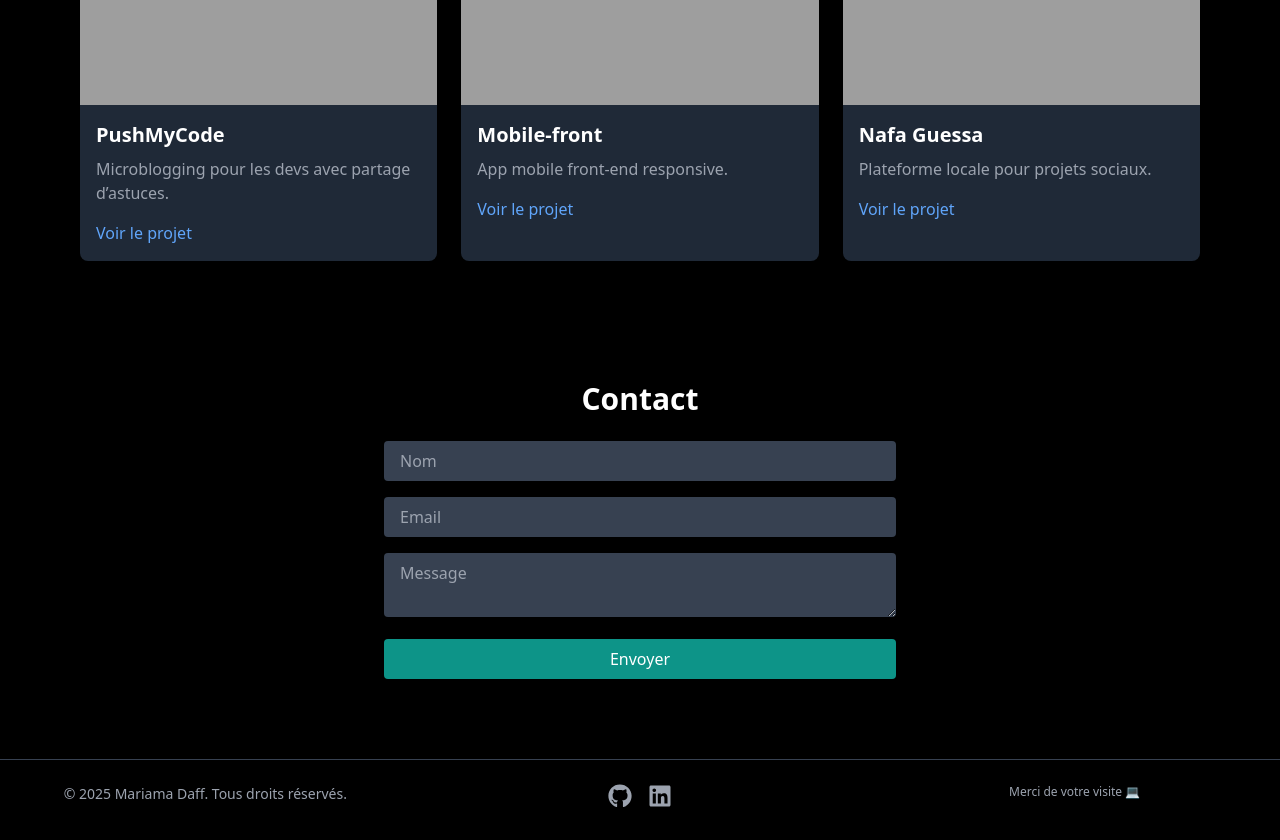
Repository: mariamdaff/Projets_Perso
Page: / (app in mon_portfolio/)
An editor plug-in stored every save of this project. The page is shown before and after the next save, followed by the edit.
The browser window is 1280 px wide. The pictures show the part of the page from y = 1735 to 2687 px (the page is 2575 px tall before and 2687 px after).
Pictures or frames that could not be fetched are drawn as grey boxes. The project was rebuilt for these pictures with package versions that can differ from the ones it lists, and the page was loaded fresh each time. Also part of the build but not shown: mon_portfolio/vite.config.js.

Above is the page before, as saved 2025-04-23 14:40:59.

After the next save:
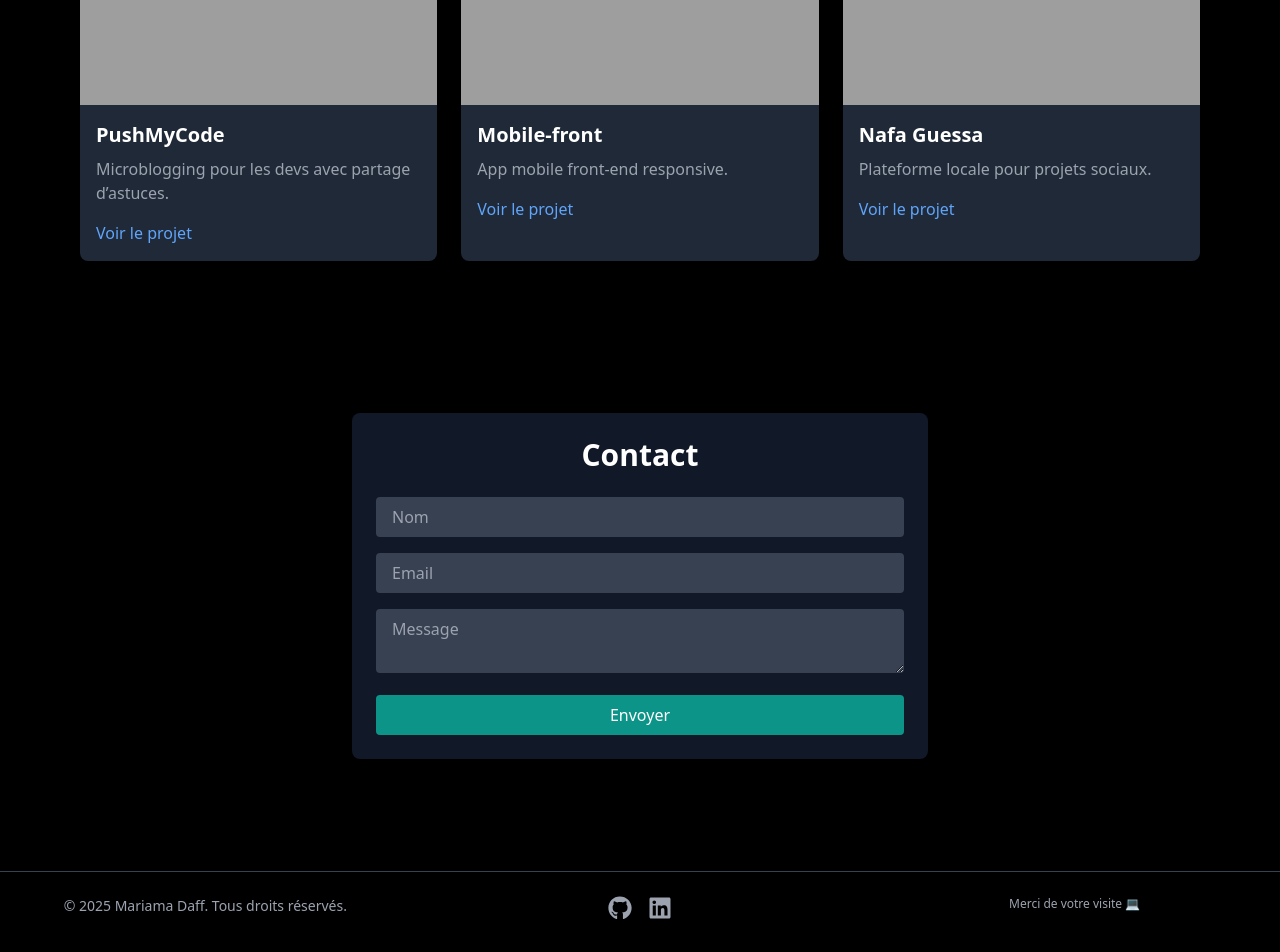
Saved 4 min 24 s later.
--- a/mon_portfolio/src/components/contact/Contact.jsx
+++ b/mon_portfolio/src/components/contact/Contact.jsx
@@ -26,30 +26,31 @@
   };
 
   return (
-    <section className="py-2 text-center bg-black text-white px-0">
-      <h2 className="text-3xl font-semibold mb-6">Contact</h2>
+    <section className="py-10 px-4 bg-black text-white text-center" aria-labelledby="contact-title">
+    <div className="max-w-xl mx-auto bg-gray-900 p-6 rounded-lg shadow-lg">
+      <h2 id="contact-title" className="text-3xl font-semibold mb-6">Contact</h2>
 
       {!isSubmitted ? (
-        <form onSubmit={handleSubmit} className="max-w-lg mx-auto">
+        <form onSubmit={handleSubmit} className="space-y-4">
           <input
             type="text"
             name="name"
             placeholder="Nom"
             required
-            className="bg-gray-700 text-white px-4 py-2 rounded mb-4 w-full"
+            className="bg-gray-700 text-white px-4 py-2 rounded w-full"
           />
           <input
             type="email"
             name="email"
             placeholder="Email"
             required
-            className="bg-gray-700 text-white px-4 py-2 rounded mb-4 w-full"
+            className="bg-gray-700 text-white px-4 py-2 rounded w-full"
           />
           <textarea
             name="message"
             placeholder="Message"
             required
-            className="bg-gray-700 text-white px-4 py-2 rounded mb-4 w-full"
+            className="bg-gray-700 text-white px-4 py-2 rounded w-full"
           />
           <button
             type="submit"
@@ -59,12 +60,14 @@
           </button>
         </form>
       ) : (
-        <div className="max-w-lg mx-auto bg-teal-800 p-6 rounded shadow-md">
+        <div className="bg-teal-800 p-6 rounded shadow-md">
           <h3 className="text-xl font-semibold mb-2">Merci pour votre message !</h3>
           <p>Je vous répondrai bientôt.</p>
         </div>
       )}
-    </section>
+    </div>
+  </section>
+
   );
 };
 
